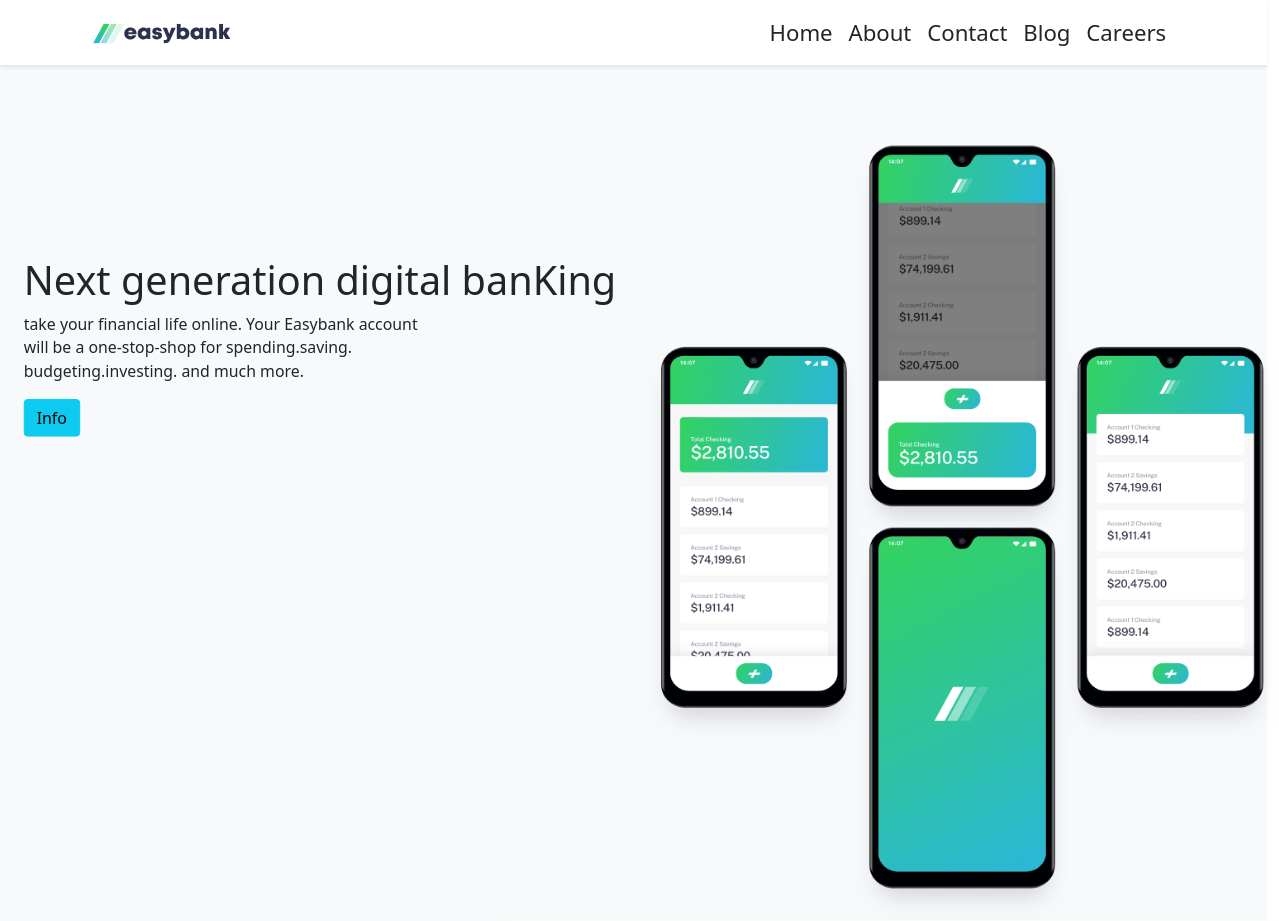
Repository: devbastos/easy-Bank
Page: / (app in frontend/)
The author's editor kept a copy of each file at every save. The page is drawn from the files as they stood at one save, then again after a run of saves.
The browser window is 1280 px wide. The page is 1292 px wide, so the pictures cover 1292 px, including what lies to the right of the window. The pictures show the whole page, at 99% of full size.
Some web libraries are served in a nearby version. The project was rebuilt for these pictures with package versions that can differ from the ones it lists, and the page was loaded fresh each time.

Above is the page before, as saved 2022-02-03 18:45:45.

### frontend/src/index.html
<!doctype html>
<html lang="en">
<head>
  <meta charset="utf-8">
  <title>Frontend</title>
  <base href="/">
  <meta name="viewport" content="width=device-width, initial-scale=1">
  <link rel="icon" type="image/x-icon" href="favicon.ico">
  <link rel="stylesheet" href="../node_modules/bootstrap/dist/css/bootstrap.css">
  <link rel="stylesheet" href="../node_modules/bootstrap-icons/font/bootstrap-icons.css">
  <!-- CSS only -->
<link href="https://cdn.jsdelivr.net/npm/bootstrap@5.1.3/dist/css/bootstrap.min.css" rel="stylesheet" integrity="sha384-1BmE4kWBq78iYhFldvKuhfTAU6auU8tT94WrHftjDbrCEXSU1oBoqyl2QvZ6jIW3" crossorigin="anonymous">
</head>
<body>
  <app-root></app-root>

  <script src="/node_modules/bootstrap/dist/js/bootstrap.bundle.js" crossorigin="anonymous"></script>
  <!-- JavaScript Bundle with Popper -->
<script src="https://cdn.jsdelivr.net/npm/bootstrap@5.1.3/dist/js/bootstrap.bundle.min.js" integrity="sha384-ka7Sk0Gln4gmtz2MlQnikT1wXgYsOg+OMhuP+IlRH9sENBO0LRn5q+8nbTov4+1p" crossorigin="anonymous"></script>
  <!-- JavaScript Bundle with Popper -->
<script src="https://cdn.jsdelivr.net/npm/bootstrap@5.1.3/dist/js/bootstrap.bundle.min.js" integrity="sha384-ka7Sk0Gln4gmtz2MlQnikT1wXgYsOg+OMhuP+IlRH9sENBO0LRn5q+8nbTov4+1p" crossorigin="anonymous"></script>
</body>
</html>

### frontend/src/app/app.module.ts
import { NgModule } from '@angular/core';
import { BrowserModule } from '@angular/platform-browser';

import { AppRoutingModule } from './app-routing.module';
import { AppComponent } from './app.component';
import { NavbarComponent } from './template/navbar/navbar.component';
import { BrowserAnimationsModule } from '@angular/platform-browser/animations';
import { HeaderComponent } from './template/header/header.component';

@NgModule({
  declarations: [
    AppComponent,
    NavbarComponent,
    HeaderComponent,

  ],
  imports: [
    BrowserModule,
    AppRoutingModule,
    BrowserAnimationsModule
  ],
  providers: [],
  bootstrap: [AppComponent]
})
export class AppModule { }

### frontend/src/app/app.component.ts
import { Component } from '@angular/core';

@Component({
  selector: 'app-root',
  templateUrl:'app.Component.html',
})
export class AppComponent {
  title = 'frontend';
}

### frontend/src/app/app.Component.html
<app-navbar></app-navbar>
<app-header></app-header>

### frontend/src/app/template/navbar/navbar.component.html


    <nav class="navbar navbar-expand-lg navbar-dark  border-bottom shadow-sm">
      <div class="container">
          <a class="navbar-brand" href=""><svg xmlns="http://www.w3.org/2000/svg" width="139" height="20"><defs><linearGradient id="a" x1="72.195%" x2="17.503%" y1="0%" y2="100%"><stop offset="0%" stop-color="#33D35E"/><stop offset="100%" stop-color="#2AB6D9"/></linearGradient></defs><g fill="none" fill-rule="evenodd"><path fill="#2D314D" fill-rule="nonzero" d="M37.754 15.847c2.852 0 5.152-1.622 5.952-4.216h-3.897c-.376.665-1.14 1.066-2.055 1.066-1.237 0-2.065-.674-2.32-1.978h8.44c.051-.352.081-.694.081-1.037 0-3.335-2.537-5.95-6.201-5.95-3.568 0-6.175 2.564-6.175 6.049 0 3.473 2.628 6.066 6.175 6.066zm2.344-7.297h-4.596c.317-1.129 1.11-1.749 2.252-1.749 1.181 0 2 .613 2.344 1.75zm10.946 7.296c1.32 0 2.5-.434 3.43-1.188l.336.804h3.027V4.093h-2.919l-.4.88c-.94-.775-2.135-1.222-3.474-1.222-3.476 0-5.961 2.505-5.961 6.026 0 3.533 2.485 6.07 5.961 6.07zm.524-3.467c-1.467 0-2.545-1.108-2.545-2.593 0-1.475 1.069-2.583 2.545-2.583 1.466 0 2.544 1.108 2.544 2.583 0 1.485-1.078 2.593-2.544 2.593zm13.123 3.467c3.02 0 5.025-1.554 5.025-3.93 0-2.883-2.387-3.256-4.183-3.575-1.08-.193-1.95-.344-1.95-.99 0-.527.422-.838 1.05-.838.71 0 1.197.337 1.197 1.063h3.667c-.044-2.303-1.92-3.843-4.816-3.843-2.912 0-4.854 1.47-4.854 3.75 0 2.757 2.337 3.289 4.1 3.574 1.092.181 1.952.368 1.952 1.024 0 .587-.543.88-1.116.88-.742 0-1.32-.383-1.32-1.214h-3.77c.036 2.463 1.919 4.1 5.018 4.1zm8.1 3.858c2.936 0 4.344-1.257 5.877-4.736l4.764-10.863h-4.206l-2.249 6.263-2.412-6.263H70.31l4.698 10.43c-.53 1.414-.983 1.804-2.48 1.804H71.45v3.365h1.341zm18.504-3.858c3.5 0 5.973-2.515 5.973-6.048S94.796 3.75 91.295 3.75a5.332 5.332 0 00-2.825.784V0H84.6v15.474h2.897l.37-.844c.923.771 2.102 1.216 3.428 1.216zm-.523-3.467c-1.467 0-2.545-1.108-2.545-2.58 0-1.486 1.078-2.594 2.545-2.594 1.466 0 2.544 1.108 2.544 2.593 0 1.473-1.087 2.58-2.544 2.58zm13.598 3.467c1.32 0 2.5-.434 3.43-1.188l.336.804h3.027V4.093h-2.918l-.401.88c-.939-.775-2.135-1.222-3.474-1.222-3.476 0-5.96 2.505-5.96 6.026 0 3.533 2.484 6.07 5.96 6.07zm.524-3.467c-1.467 0-2.545-1.108-2.545-2.593 0-1.475 1.07-2.583 2.545-2.583 1.467 0 2.545 1.108 2.545 2.583 0 1.485-1.078 2.593-2.545 2.593zm12.653 3.095V9.403c0-1.447.702-2.3 1.923-2.3.986 0 1.483.657 1.483 1.98v6.39h3.915V8.543c0-2.897-1.733-4.773-4.373-4.773-1.47 0-2.733.565-3.58 1.508l-.537-1.172h-2.747v11.369h3.916zm13.748 0v-4.808l2.848 4.808h4.616l-3.902-5.95 3.543-5.419h-4.397l-2.708 4.454V0h-3.916v15.474h3.916z"/><g fill="url(#a)"><path d="M10.802 0L0 19.704h5.986L16.789 0z"/><path opacity=".5" d="M18.171 0L7.368 19.704h5.986L24.157 0z"/><path opacity=".15" d="M25.539 0L14.737 19.704h5.986L31.525 0z"/></g></g></svg></a>
          <button class="navbar-toggler" type="button" data-bs-toggle="collapse" data-bs-target=".navbar-collapse">
            <svg xmlns="http://www.w3.org/2000/svg" width="30" height="30" fill="currentColor" class="bi bi-list" viewBox="0 0 16 16">
              <path fill-rule="evenodd" d="M2.5 12a.5.5 0 0 1 .5-.5h10a.5.5 0 0 1 0 1H3a.5.5 0 0 1-.5-.5zm0-4a.5.5 0 0 1 .5-.5h10a.5.5 0 0 1 0 1H3a.5.5 0 0 1-.5-.5zm0-4a.5.5 0 0 1 .5-.5h10a.5.5 0 0 1 0 1H3a.5.5 0 0 1-.5-.5z"/>
            </svg>
          </button>
          <div class="navbar-collapse collapse">
              <ul class="navbar-nav flex-grow-1 ">

              </ul>

              <div class="align-self-center">
                  <ul class="navbar-nav">
                    <li class="nav-item">
                      <a class="nav-link text-dark text-dark" aria-current="page" href="#">Home</a>
                    </li>
                    <li class="nav-item">
                      <a class="nav-link text-dark" href="#">About</a>
                    </li>
                    <li class="nav-item">
                      <a class="nav-link text-dark" href="#">Contact</a>
                    </li>
                    <li class="nav-item">
                      <a class="nav-link text-dark">Blog</a>
                    </li>
                    <li class="nav-item">
                        <a class="nav-link text-dark">Careers</a>
                      </li>
                  </ul>
              </div>

              <!-- <div class="align-self-end">
                <ul class="navbar-nav">
                  <li class="nav-item" id="btn">
                      <a class="nav-link" href="">Request Invite</a>
                  </li>
              </ul>
              </div> -->
          </div>
      </div>
  </nav>

### frontend/src/app/template/navbar/navbar.component.css
.navbar-toggler {
  color: black;
  margin-right: 1.5rem;
}

.nav-link {
  font-size: 1.4rem;
}

.nav-item :hover {
  text-decoration: overline 3px #31d35c9c;
  transform: scale(1, 1);
  transition: 0.3s ease;
}
/*
#btn {
  background: 50% rgb(45, 49, 77);
  background: 50%
    linear-gradient(
      90deg,
      rgba(45, 49, 77, 0.719) 24%,
      #31d35c9c 51%,
      rgba(43, 183, 218, 0.664) 100%
    );
  color: #fff;
  border-radius: 10rem;
  margin-left: 5rem;
} */

### frontend/src/app/template/header/header.component.html
<div class="container-fluid bg-light">
    <div class="row">
        <div class="col-6 textos">
            <h1>Next generation digital banKing</h1>

            <p>take your financial life online. Your Easybank account <br>
                will be a one-stop-shop for spending.saving.<br>
                budgeting.investing. and much more.
            </p>

            <button type="button" class="btn btn-info">Info</button>
        </div>

        <div class="col-6">
            <img src="/assets/images/image-mockups.png" alt="">
        </div>
    </div>
</div>

### frontend/src/app/template/header/header.component.css
img {
  max-width: 40rem;
  margin-top: 5rem;
}

.textos {
  margin-top: 12rem;
}

Loaded but not shown: frontend/src/main.ts (common file); frontend/src/environments/environment.ts (common file); frontend/src/app/app-routing.module.ts (common file); frontend/src/app/template/navbar/navbar.component.ts (common file); frontend/src/app/template/header/header.component.ts (common file)

After the next 2 saves:
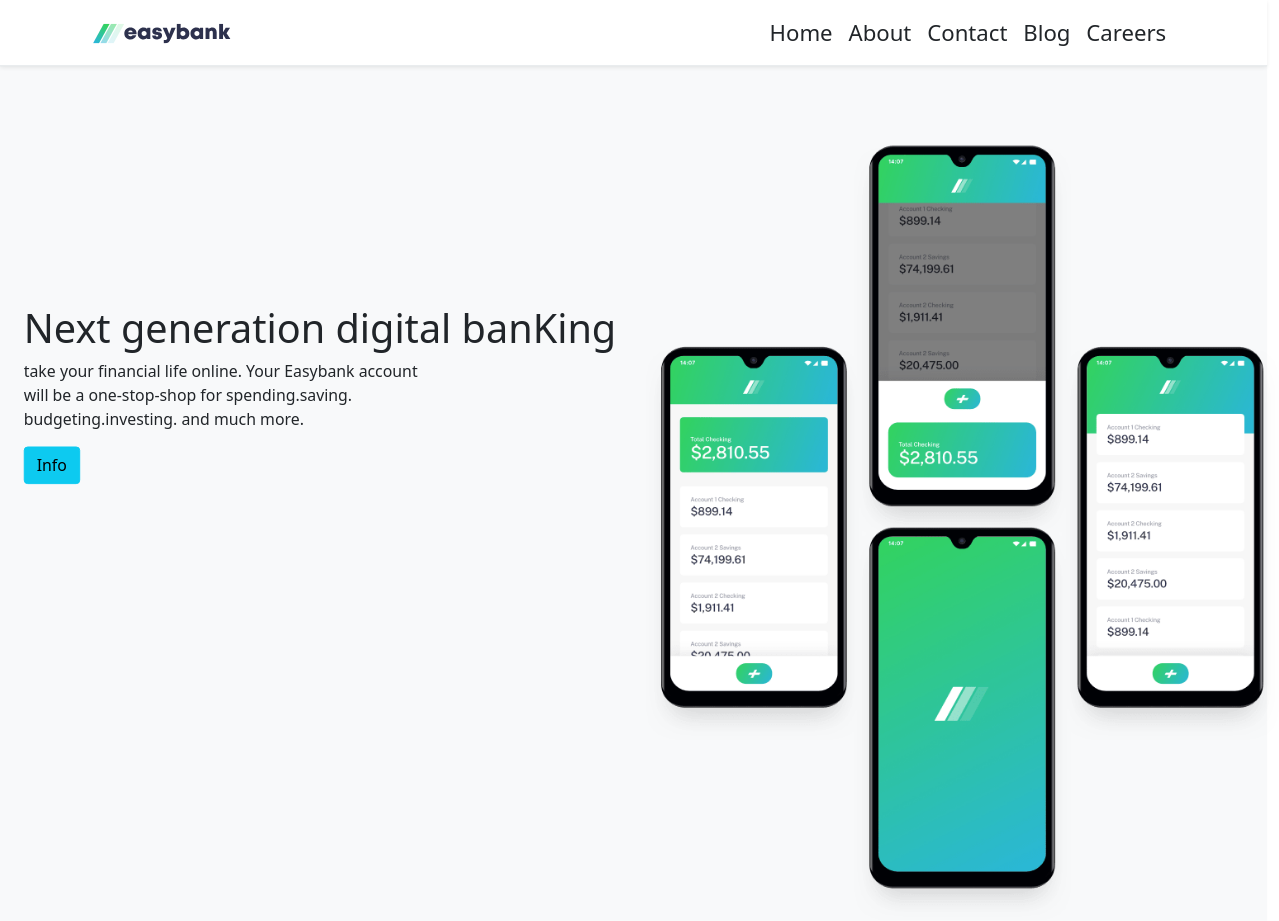
The 2 saves are shown as one change because they came seconds apart.
The last was saved 7 s later.
--- a/frontend/src/app/template/header/header.component.css
+++ b/frontend/src/app/template/header/header.component.css
@@ -4,5 +4,5 @@
 }
 
 .textos {
-  margin-top: 12rem;
+  margin-top: 15rem;
 }
